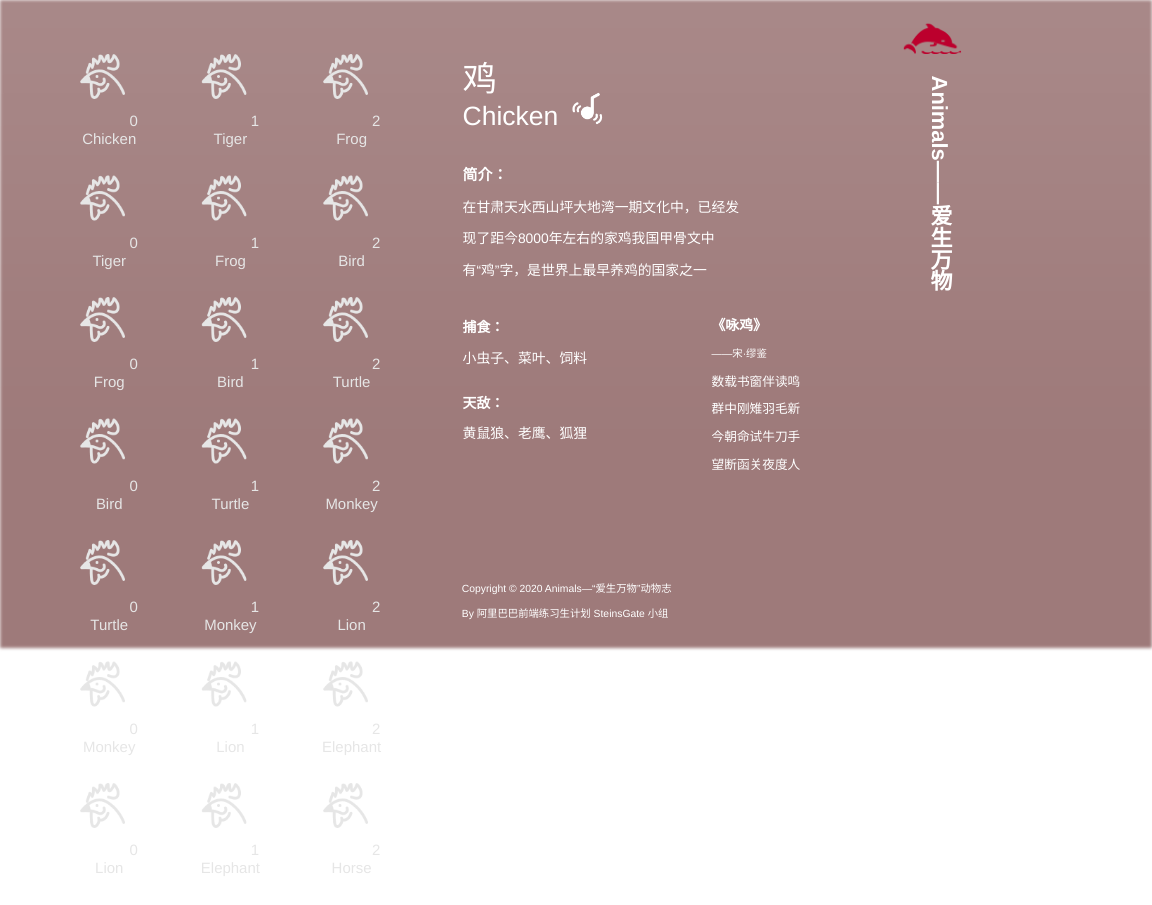
Repository: Whiskeyi/Animals
Page: /
An editor plug-in stored every save of this project. The page is shown before and after the next save, followed by the edit.
The browser window is 1280 px wide. The pictures show the whole page, at 90% of full size.
The project was rebuilt for these pictures with package versions that can differ from the ones it lists, and the page was loaded fresh each time.

Above is the page before, as saved 2021-11-18 15:00:31.

### public/index.html
<!DOCTYPE html>
<html lang="en">
  <head>
    <meta charset="utf-8">
    <meta http-equiv="X-UA-Compatible" content="IE=edge">
    <meta name="viewport" content="width=device-width,initial-scale=1.0">
    <link rel="icon" href="<%= BASE_URL %>favicon.ico">
    <title>Animals——爱生万物</title>
  </head>
  <body>
    <noscript>
      <strong>We're sorry but animals doesn't work properly without JavaScript enabled. Please enable it to continue.</strong>
    </noscript>
    <div id="app"></div>
    <!-- built files will be auto injected -->
  </body>
</html>

### src/main.js
import Vue from 'vue'
import App from './App.vue'
import router from './router'
import store from './store'
import './plugins/element.js' // 引入element-ui

Vue.config.productionTip = false

new Vue({
  router,
  store,
  render: h => h(App)
}).$mount('#app')

### src/App.vue
<template>
  <div id="app">
    <!-- 入口 -->
    <router-view/>
  </div>
</template>

<style lang="scss">
#app {
  font-family: 'Avenir', Helvetica, Arial, sans-serif;
  -webkit-font-smoothing: antialiased;
  -moz-osx-font-smoothing: grayscale;
}

html, body {  // 去除白边
    width: 100%;
    height: 100%;
    margin: 0;
    padding: 0;
    position: relative;
}

</style>

### src/router.js
// 路由
import Vue from 'vue'
import Router from 'vue-router'
import Home from './views/Home.vue'

Vue.use(Router)

export default new Router({
  mode: 'history',
  base: process.env.BASE_URL,
  routes: [
    {
      path: '/',
      name: 'home',
      component: Home
    }
  ]
})

### src/store.js
import Vue from 'vue'
import Vuex from 'vuex'

Vue.use(Vuex)

export default new Vuex.Store({
  state: {
    num: "",  // data.json数组号
    seconds: "8000" // 页面切换时间
  },
  mutations: {
    saveNum(state, num) {
      state.num = num
    }
  },
  actions: {

  }
})

### src/plugins/element.js
// 引入element-ui
import Vue from 'vue'

import ElementUI from 'element-ui';
import 'element-ui/lib/theme-chalk/index.css';

Vue.use(ElementUI);

### src/views/Home.vue
<template>
  <div class="home">
    <!-- 背景+光泽效果 -->
    <Gloss></Gloss>
    <!-- 页面容器 -->
    <div class="container">
      <!-- 左侧展示模块 -->
      <div id="leftContainer">
        <LeftMain></LeftMain>
      </div>
      <!-- 右侧展示模块 -->
      <div id="rightContainer">
        <!-- 输出信息 -->
          <Info></Info>
          <!-- 右侧标题 -->
          <RightHead></RightHead>
          <!-- 尾部 -->
          <Footer></Footer>
      </div>
    </div>
  </div>
</template>

<script>
// @ is an alias to /src
// 组件引入
import Gloss from '@/components/Gloss'
import Footer from '@/components/Footer'
import Info from '@/components/Info'
import RightHead from '@/components/right-head'
import LeftMain from '@/components/left-main'

export default {
  name: 'home',
  components: {
    Gloss,Footer,Info,RightHead,LeftMain
  }
}
</script>

<style lang="scss" scoped>
#leftContainer {
  position: absolute;
  left: 15%;
  width: 25%;
  height: 100%;
  margin: 0 auto;
}
#rightContainer {
  position: fixed;
  right: 10%;
  width: 50%;
  height: 100%;
  margin: 0 auto;
}
@media screen and (max-width: 960px) { // 屏幕小于960px样式
  #leftContainer {
    position: absolute;
    left: 3%;
    width: 30%;
    height: 100%;
    margin: 0 auto;
  }
  #rightContainer {
    position: fixed;
    right: 0%;
    width: 67%;
    height: 100%;
    margin: 0 auto;
  }
}
@media screen and (min-width: 960px) and (max-width:1440px) { // 屏幕大于等于960px小于1440px样式
  #leftContainer {
    position: absolute;
    left: 5%;
    width: 30%;
    height: 100%;
    margin: 0 auto;
  }
  #rightContainer {
    position: fixed;
    right: 2%;
    width: 63%;
    height: 100%;
    margin: 0 auto;
  }
}
@media screen and (min-width: 1440px) and (max-width: 1920px) { // 屏幕大于等于1440px小于1920px样式
 #leftContainer {
    position: absolute;
    left: 8%;
    width: 33%;
    height: 100%;
    margin: 0 auto;
  }
  #rightContainer {
    position: fixed;
    right: 5%;
    width: 54%;
    height: 100%;
    margin: 0 auto;
  }
}
</style>

### src/components/Gloss/index.vue
<template>
<!-- 实现光泽效果,丰富背景颜色 -->
<div id="bg" :style="{ backgroundColor : color }">
    <div id="gloss"></div>
</div>
</template>

<script>
const animalsData = require('@/data/Animals.json')
import store from '../../store'

export default {
    data() {
        return {
            color: 'rgb(158, 122, 122)'
        }
    },
    mounted() {
        this.changeColor()
        // window.console.log(animalsData.AnimalsDetail[0].color)
    },
    methods: {
        changeColor() {
            setInterval(function() {
                // let arrColor = ["#FC9F4D", "#E98B2A", "#90B44B", "#4D5139", "#1C1C1C", "#4F4F48",
                //                 "#FF5E99", "#828282", "#52433D", "#947A6D", "#080808", "#0C0C0C",
                //                 "#434343", "#B19693", "#434343", "#EFBB24", "#90B44B", "#373C38",
                //                 "#BDC0BA", "#BDC0BA", "#BDC0BA", "#434343","#BDC0BA", "#BDC0BA"]
                let num = Math.floor(Math.random() * animalsData.AnimalsDetail.length)
                store.commit('saveNum',num)
                document.getElementById('bg').style.backgroundColor = animalsData.AnimalsDetail[num].color
                // this.color = color
            }, store.state.seconds);
        }
    }
}
</script>

<style lang="scss" scoped>
#gloss {
    position: fixed;
    width: 100%;
    height: 478px;
    background: url('../../assets/gloss.png') repeat-x;
    // z-index: -8;  //暂时注释,影响调试
}
#bg {
  height: 100%;
  width: 100%;
  position: fixed;
  transition: background-color 2s ease-in; // 背景颜色切换2S过渡
  filter: blur(2px); // 背景高斯模糊
  // z-index: -9; //暂时注释,影响调试
}
</style>

### src/components/Footer/index.vue
<template>
  <div class="footerContainer">
      <p>Copyright © 2020 Animals—“爱生万物”动物志</p>
      <p>By 阿里巴巴前端练习生计划 SteinsGate 小组</p>
  </div>
</template>

<script>
export default {

}
</script>

<style lang="scss" scoped>
.footerContainer {
    position: fixed;
    bottom: 0;
    font-size: 0.9vw;
    color:#fff;
    margin:0 0 20px 65px;
}
</style>

### src/components/Info/index.vue
<template>
  <div class="infoContainer">
    <div class="infPadding">
      <!-- 标题、声音icon -->
    <Introduce></Introduce>
    <!-- 简介 -->
    <IntroduceMid></IntroduceMid>
    <!-- 捕食、诗 -->
    <HabbitPoem></HabbitPoem>
    </div>
  </div>
</template>

<script>
import Introduce from './Introduce'
import HabbitPoem from './habbit-poem'
import IntroduceMid from './introduce-mid'
export default {
  name: 'Info',
  components: {
    Introduce, HabbitPoem, IntroduceMid
  }
}
</script>

<style lang="scss" scoped>
.infoContainer {
    float: left;
    z-index: 10000;
    width: 82%;
    height: 80%;
    margin: 26px 0 0 16px;
    padding: 15px 0px;
    color:#fff;
}
.infPadding {
  padding: 0 0 0 50px;
}
.infoContainer logo {
    position: absolute;
}
// @media screen and (max-width: 960px) { // 屏幕小于960px样式
//   .infoContainer {
//     float: left;
//     z-index: 10000;
//     width: 76%;
//     height: 80%;
//     margin: 26px 0 0 16px;
//   }
// }
// @media screen and (min-width: 960px) and (max-width:1440px) { // 屏幕大于等于960px小于1440px样式
//   .infoContainer {
//     float: left;
//     z-index: 10000;
//     width: 75%;
//     height: 80%;
//     margin: 26px 0 0 16px;
//   }
// }
@media screen and (max-width: 1280px) { // 屏幕<1280px样式
  .infoContainer {
    float: left;
    z-index: 10000;
    width: 65%;
    height: 80%;
    margin: 26px 0 0 16px;
  }
}
</style>

### src/components/right-head/index.vue
<template>
  <div class="rightHeadContainer">
      <el-image class="logo" alt="logo" :src="require('@/icons/index.png')"></el-image>
      <h1 class="vertical">Animals——爱生万物</h1>
  </div>
</template>

<script>
export default {

}
</script>

<style lang="scss" scoped>
.rightHeadContainer {
    float: left;
    height: 400px;
    width: 100px;
    margin: 26px 0 0 16px;
}
.vertical {
    writing-mode: vertical-lr;
    line-height: 46px;
    color: #fff;
    font-size: 1.9vw;
}
.logo {
    width: 5vw;
    // width: 90px;
    padding-bottom: 20px;
}
// @media screen and (max-width: 1440px) { // 屏幕小于1440px样式
//     .rightHeadContainer {
//         float: left;
//         height: 400px;
//         width:85px;
//         margin: 26px 0 0 0;
//     }
//     .vertical {
//         writing-mode: vertical-lr;
//         padding-right: 0;
//         color: #fff;
//     }
// }
</style>

### src/components/left-main/index.vue
<template>
  <div class="leftContainer">
    <el-row :gutter="20" type="flex" justify="center" v-for="(i, inx) in dataLength/3" :key="inx">
      <el-col :span="8" v-for="(item, index) in getNum(inx)" :key="index">
        <el-image class="logo" alt="logo" :src="require('@/icons/animals/chicken.png')"></el-image>
        {{ index }}
        <div>{{ item.enName }}</div>
      </el-col>
    </el-row>
  </div>
</template>

<script>
const animalsData = require('@/data/Animals.json')
export default {
  data() {
    return {
      data: {},
      dataLength: ''
    }
  },
  mounted() {
    this.data = animalsData
    this.dataLength = this.data.AnimalsDetail.length
  },
  methods: {
     getNum(inx){
        // window.console.log(this.data.AnimalsDetail.slice(inx, inx + 3))
        return this.data.AnimalsDetail.slice(inx-1, inx + 2)
      }
    }
  }
</script>

<style lang="scss" scoped>
.leftContainer {
  padding: 30px 0;
  width: 100%;
  text-align: center;
  color: #e6e6e6;
  font-size: 1.3vw;
}
.leftContainer .logo {
  width: 80px;
  height: 80px;
  padding: 40px 0;
}
 @media screen and (max-width: 1440px) { // 屏幕小于1440px样式
  .leftContainer .logo {
    height: 50px;
    width: 50px;
    padding: 30px 0;
  }
 }
</style>

### src/components/Info/Introduce/index.vue
<template>
  <div class="introduce">
      <el-row class="intContainer">
          <el-col :span="6">
              <transition name="fade">
                <div id="title">{{ name }}</div>
              </transition>
              <transition name="fade">
                <div id="subTitle">{{ enName }}</div>
              </transition>
          </el-col>
          <el-col :span="10">
              <el-image class="logo" alt="logo" :src="require('@/icons/voice.png')"></el-image>
          </el-col>
      </el-row>
  </div>
</template>

<script>
const animalsData = require('@/data/Animals.json')
import store from '../../../store'
export default {
    data() {
        return {
            name: '鸡',
            enName: 'Chicken'
        }
    },
    mounted() {
        this.changeInfo()
        // window.console.log(store.state.num)
    },
    methods: {
          changeInfo() {
            setInterval(function() {
                this.name = animalsData.AnimalsDetail[store.state.num].name
                document.getElementById('title').innerHTML = this.name
                // window.console.log(this.name)
                this.enName = animalsData.AnimalsDetail[store.state.num].enName
                document.getElementById('subTitle').innerHTML = this.enName
                // window.console.log(this.enName)
            }, store.state.seconds);
        }
    }
}
</script>

<style lang="scss" scoped>
.introduce {
    // background-color: wheat;;
    height: 30%;
    width: 100%;
}
.intContainer {
    padding: 15px 0;
}
#title {
    // font-size: 60px;
    font-size: 3vw;
    display: block;
}
#subTitle {
    // font-size: 44px;
    font-size: 2.3vw;
    display: block;
}
.logo {
    padding-top: 3.5vw;
    height: 3.1vw;
    width: 3.1vw;
}
fade-enter {
    opacity: 0;
}
fade-enter-to {
    opacity: 1;
}
.fade-enter-active, .fade-leave-active {
  transition: all 2.5s ease;
}
</style>

### src/components/Info/habbit-poem/index.vue
<template>
  <div class="habPoem">
       <el-row class="habContainer">
           <el-col class="habContent" :span="14">
              <div class="habTil">捕食：</div>
              <span id="food" class="foodTitle">{{ food }}</span><br>
              <div class="habTil">天敌：</div>
              <span id="enemy" class="enemyTitle">{{ enemy }}</span>
            </el-col>
           <el-col class="poem" :span="10">
                <div id="poemTitle">{{ title }}</div>
                <div id="author">{{ author }}</div>
                <div id="content1" class="content">{{ content1 }}</div>
                <div id="content2" class="content">{{ content2 }}</div>
                <div id="content3" class="content">{{ content3 }}</div>
                <div id="content4" class="content">{{ content4 }}</div>
            </el-col>
      </el-row>
  </div>
</template>

<script>
const animalsData = require('@/data/Animals.json')
import store from '../../../store'
export default {
     data() {
        return {
            title: '《咏鸡》',
            author: '——宋·缪鉴',
            content1: '数载书窗伴读鸣',
            content2: '群中刚雉羽毛新',
            content3: '今朝命试牛刀手',
            content4: '望断函关夜度人',
            food: '小虫子、菜叶、饲料',
            enemy: '黄鼠狼、老鹰、狐狸'
        }
    },
    mounted() {
        this.changeInfo()
        // window.console.log(store.state.num)
    },
    methods: {
          changeInfo() {
            setInterval(function() {
                this.title = animalsData.AnimalsDetail[store.state.num].poetryName
                document.getElementById('poemTitle').innerHTML = this.title

                this.author = animalsData.AnimalsDetail[store.state.num].poetryAuthor
                document.getElementById('author').innerHTML = '——' + this.author

                this.content1 = animalsData.AnimalsDetail[store.state.num].poetryContent1
                document.getElementById('content1').innerHTML = this.content1

                this.content2 = animalsData.AnimalsDetail[store.state.num].poetryContent2
                document.getElementById('content2').innerHTML = this.content2

                this.content3 = animalsData.AnimalsDetail[store.state.num].poetryContent3
                document.getElementById('content3').innerHTML = this.content3

                this.content4 = animalsData.AnimalsDetail[store.state.num].poetryContent4
                document.getElementById('content3').innerHTML = this.content4

                this.food = animalsData.AnimalsDetail[store.state.num].food
                document.getElementById('food').innerHTML = this.food

                this.enemy = animalsData.AnimalsDetail[store.state.num].enemy
                document.getElementById('enemy').innerHTML = this.enemy
            }, store.state.seconds);
        }
    }
}
</script>

<style lang="scss" scoped>
.habPoem {
    // background-color: rgb(252, 94, 94);
    height: 30%;
}
.habContent .habTil {
    font-size: 1.2vw;
    font-weight: bold;
    line-height: 4.8vh;
}
.poem {
    // writing-mode: vertical-lr;
    font-size: 1.1vw;
    line-height: 2.4vw;
    #poemTitle {
        font-size: 1.2vw;
        font-weight: bold;
    }
    #author {
        font-size: 0.9vw;
    }
    // .content {
    //     // letter-spacing: 15px;
    // }
}
.habContainer {
    padding: 15px 0;
}
.habContent span {
    font-size: 1.2vw;
    line-height: 4.4vh;
    display: block;
}
</style>

### src/components/Info/introduce-mid/index.vue
<template>
    <div class="fooMid">
        <el-row class="botContainer">
            <el-col :sm="16" :md="16" :lg="16">
                <!-- <el-collapse>
                    <el-collapse-item title="简介：" class="collapse"> -->
                        <div class="IntTitle">简介：</div>
                        <div id="IntContent">{{ IntContent }}</div>
                    <!-- </el-collapse-item>
                </el-collapse> -->
            </el-col>
        </el-row>
    </div>
</template>

<script>
const animalsData = require('@/data/Animals.json')
import store from '../../../store'
export default {
    data() {
        return {
            IntContent: '在甘肃天水西山坪大地湾一期文化中，已经发现了距今8000年左右的家鸡我国甲骨文中有“鸡”字，是世界上最早养鸡的国家之一'
        }
    },
    mounted() {
        this.changeInfo()
        // window.console.log(store.state.num)
    },
    methods: {
          changeInfo() {
            setInterval(function() {
                this.IntContent = animalsData.AnimalsDetail[store.state.num].content
                document.getElementById('IntContent').innerHTML = this.IntContent
                // window.console.log(this.content)
            }, store.state.seconds);
        }
    }
}
</script>

<style lang="scss" scoped>
// /deep/ .el-collapse-item__header {
//     font-weight: bold;
//     color: #fff;
//     font-size: 24px;
//     background-color: transparent;
// }
// /deep/ .el-collapse-item__content {
//     background-color: transparent !important; // 待解决
//     color:#fff;
// }
.fooMid {
    // background-color: rgb(253, 128, 128);
    height: 50%;
    width: 100%;
}
.botContainer {
    padding: 15px 0;
}
.IntTitle {
    font-size: 1.3vw;
    font-weight: bold;
    line-height: 5.2vh;
}
#IntContent {
    font-size: 1.2vw;
    // font-size: 22px;
    line-height: 4.8vh;
    display: block;
}
// @media screen and (max-width: 1440px) { // 屏幕小于1440px样式
//     #IntContent {
//         font-size: 22px;
//         line-height: 32px;
//         display: block;
//     }
// }
</style>

Loaded but not shown: src/data/Animals.json (399 lines, source omitted)

After the next save:
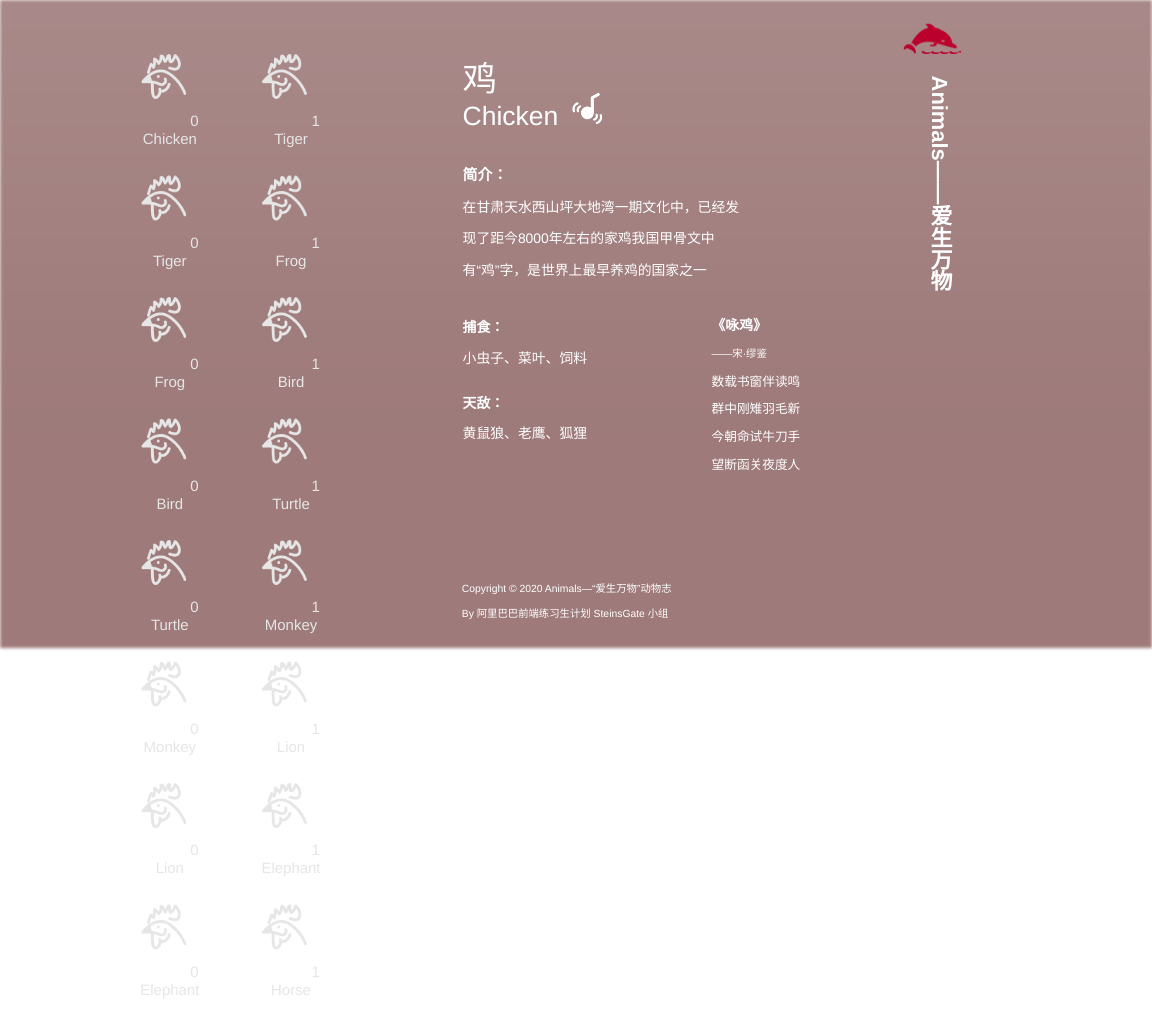
Saved 12 s later.
--- a/src/components/left-main/index.vue
+++ b/src/components/left-main/index.vue
@@ -26,7 +26,7 @@ export default {
   methods: {
      getNum(inx){
         // window.console.log(this.data.AnimalsDetail.slice(inx, inx + 3))
-        return this.data.AnimalsDetail.slice(inx-1, inx + 2)
+        return this.data.AnimalsDetail.slice(inx, inx + 2)
       }
     }
   }
